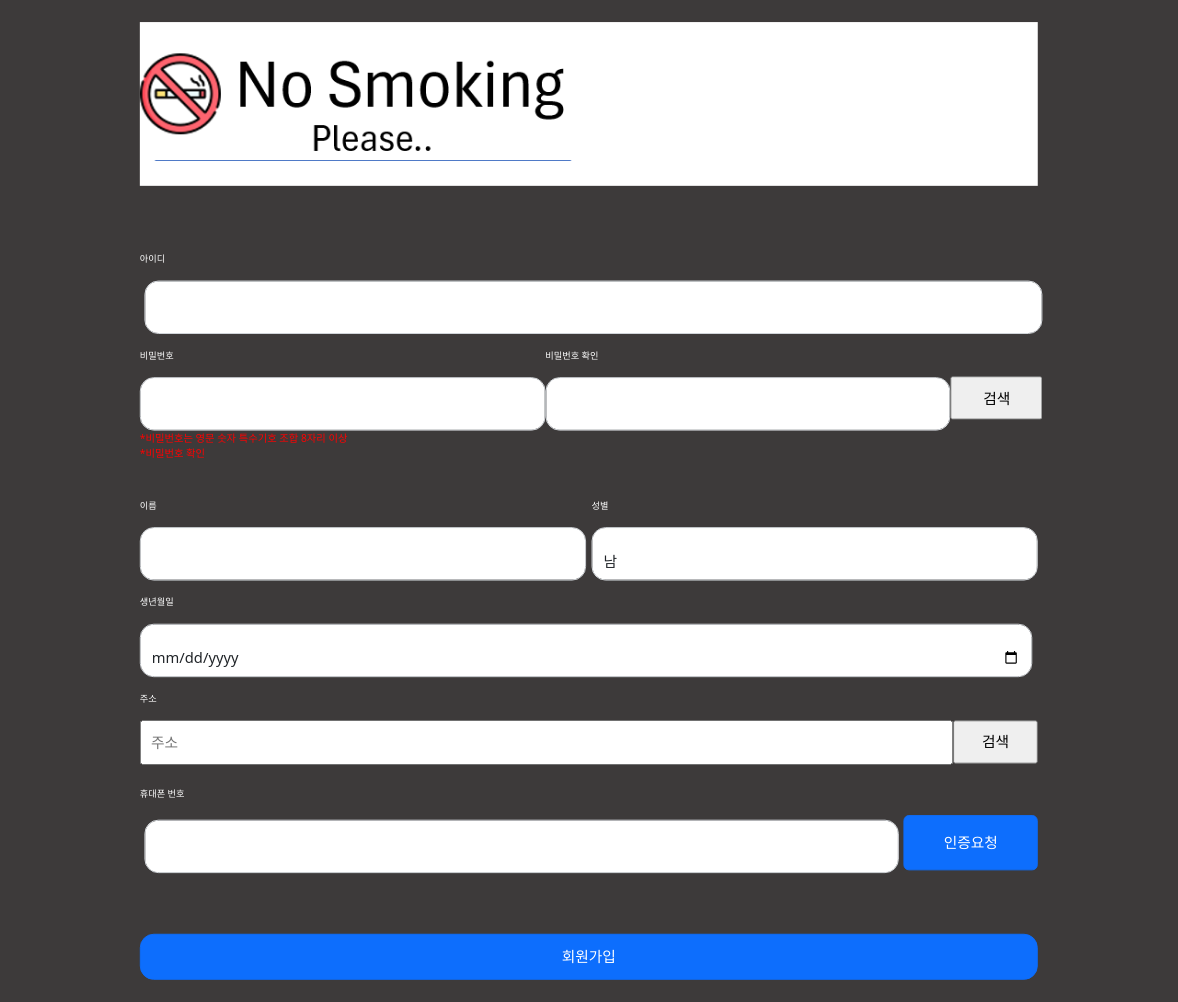
Repository: Imdo714/NoSmoking
Page: http://localhost/noSmoking/WEB-INF/views/member/insertMember.jsp
An editor plug-in stored every save of this project. The page is shown before and after the next save, followed by the edit.
The browser window is 1280 px wide. The pictures show the whole page, at 92% of full size.
The page is served by Tomcat 9. Nobody is signed in. The template is opened directly, without the code that normally fills it, so the values that code supplies are empty.

Above is the page before, as saved 2024-03-05 09:31:22.

After the next save:
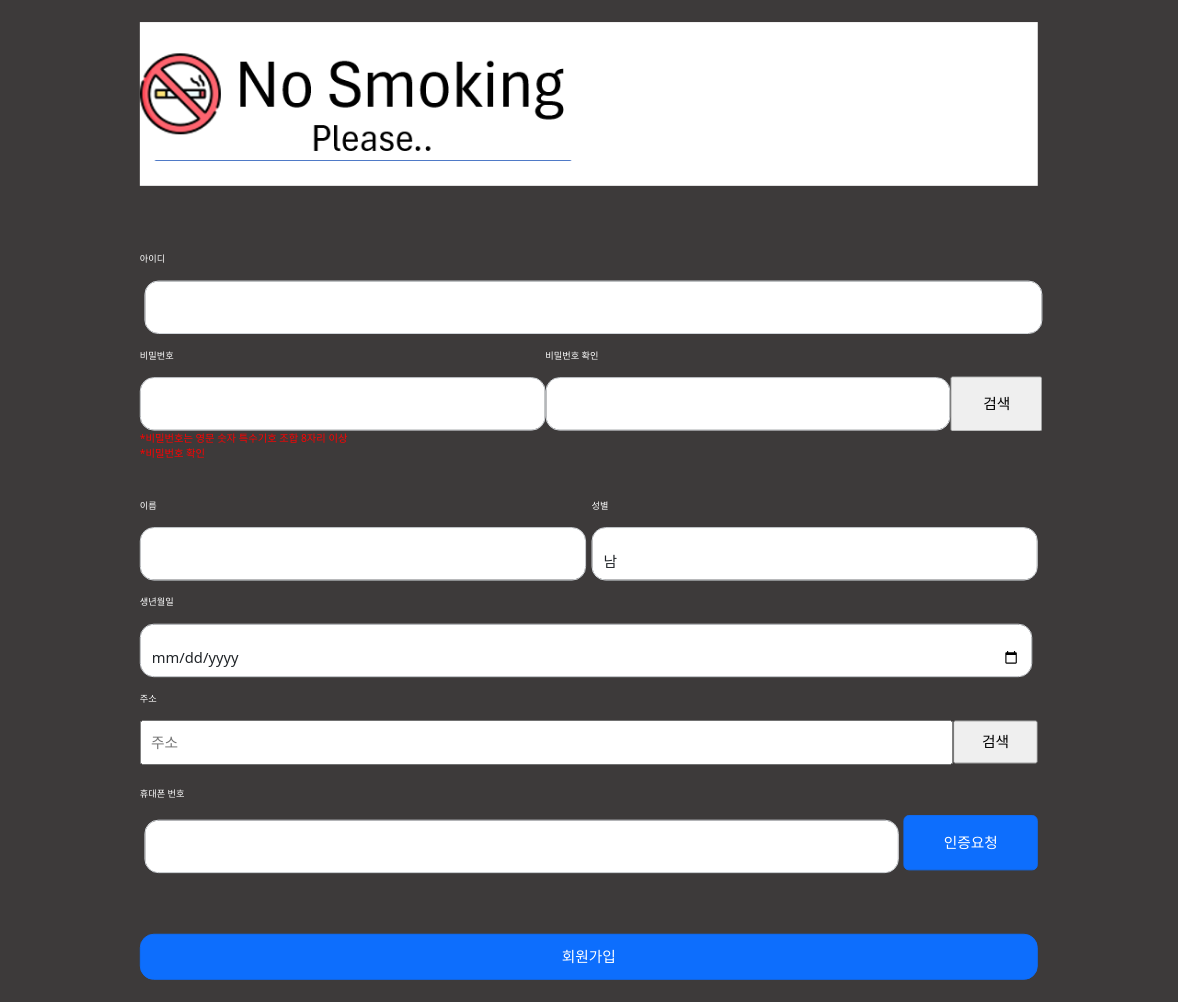
Saved 11 s later.
--- a/noSmoking/src/main/webapp/WEB-INF/views/member/insertMember.jsp
+++ b/noSmoking/src/main/webapp/WEB-INF/views/member/insertMember.jsp
@@ -40,7 +40,7 @@
                         </div>
 
                         <div class="form-floating mb-3 join-halfLim">
-                        	<input type="button" style="width: 100px; height: 47px;" onclick="sample6_execDaumPostcode()" value="검색">
+                        	<input type="button" style="width: 100px; height: 60px;" onclick="sample6_execDaumPostcode()" value="검색">
                     	</div>
                     </div>
 
